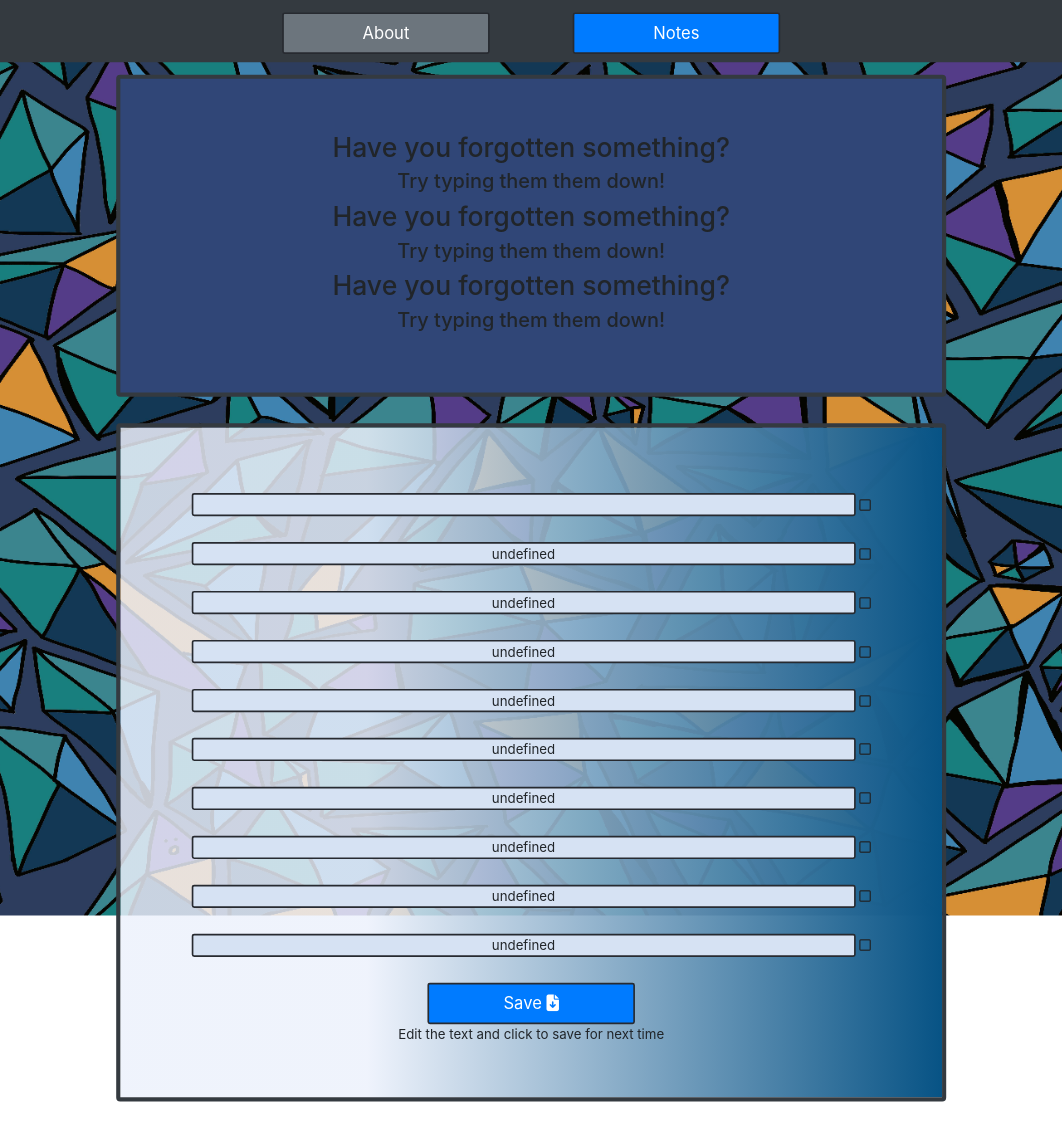
Repository: Kamicoda/Mynote
Page: index.html
The author's editor kept a record of every edit. The page is drawn from the files as they stood at one moment, then again after the next edit.
The browser window is 1280 px wide. The pictures show the whole page, at 83% of full size.
Backgrounds fixed to the window are drawn as part of the page. Some web fonts or font styles are not loaded; a fallback is used. Some web libraries are served in a nearby version.

Above is the page before.

After the next edit:
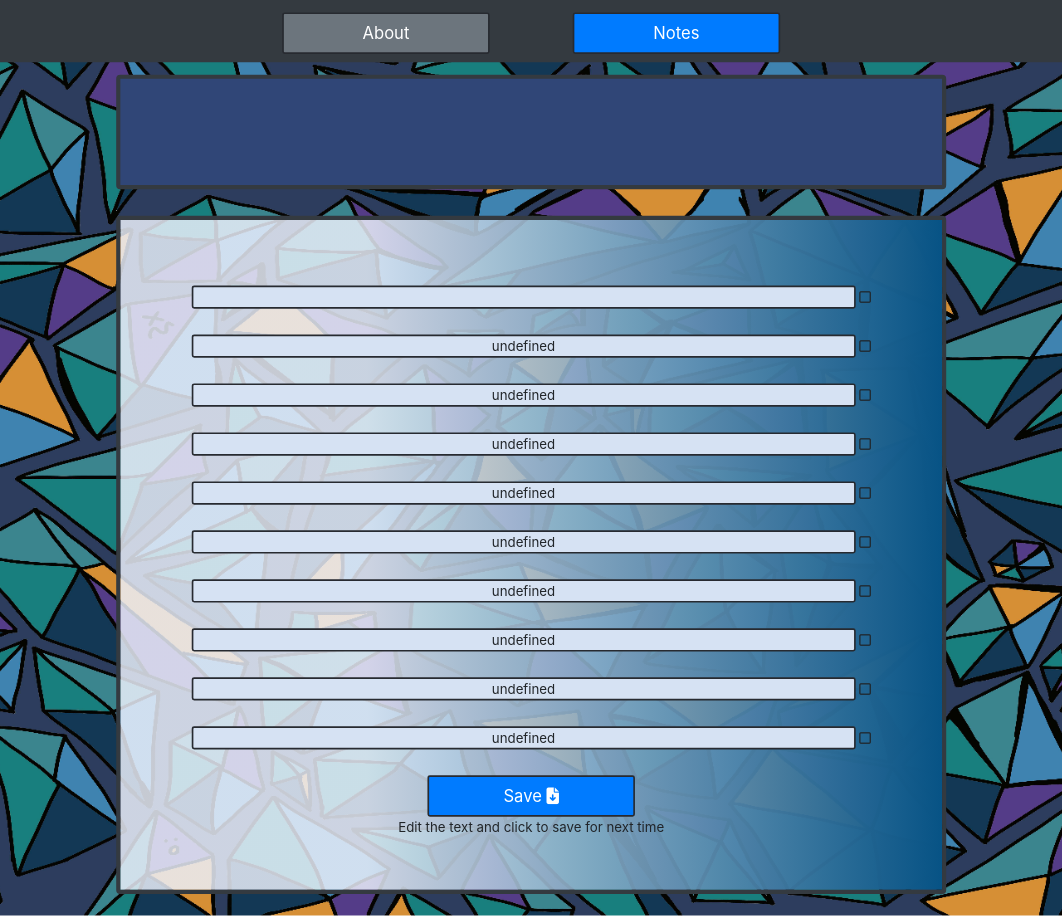
The edit:
--- a/assets/js/script1.js
+++ b/assets/js/script1.js
@@ -6,6 +6,9 @@
     $('#gamesSec').toggle();
     $('#linksSec').toggle();
     $('.fa-check-square').toggle();
+    $('#headerwelcome').toggle();
+    $('#headerabout').toggle();
+    $('#headernotes').toggle();
 
     //$('#item').toggle();
     //$('#item1').toggle();
